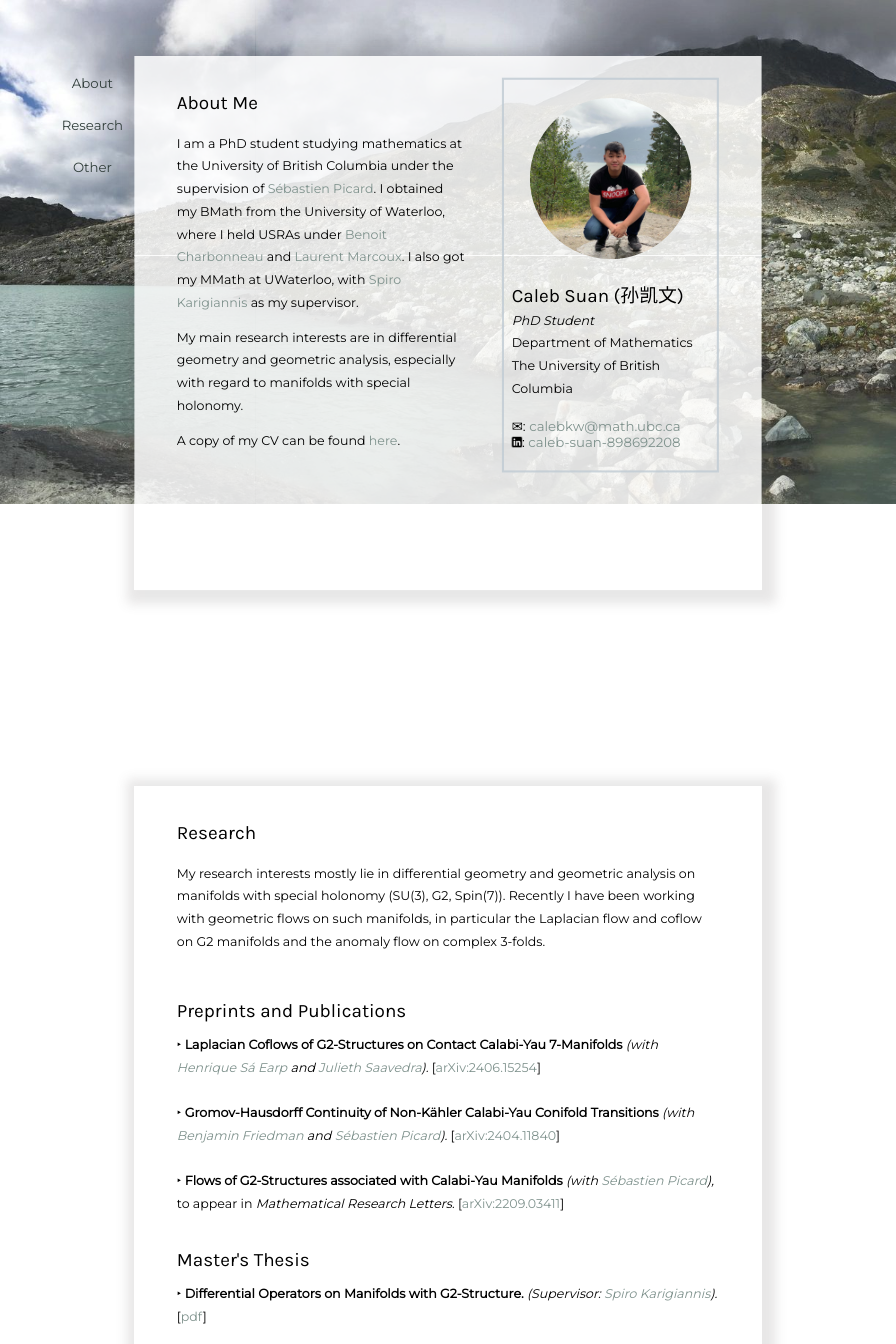
Repository: calebsuan/calebsuan.github.io
Page: index.html
These files come from the project's save history. The page is drawn as it stood at one moment and after the next save; the edit follows.
The browser window is 1280 px wide. The pictures show the part of the page from y = 0 to 1920 px (the page is 4128 px tall), at 70% of full size.

Above is the page before, as saved 2024-06-30 02:19:46.

### index.html
<!DOCTYPE html>
<html lang="en">
<head>
    <meta charset="UTF-8">
    <meta http-equiv="X-UA-Compatible" content="IE=edge">
    <meta name="viewport" content="width=device-width, initial-scale=1.0">
    <link rel="stylesheet" href="index.css">
    <title>Caleb Suan</title>
    <link rel="icon" type="image/x-icon" href="Duck.png">
</head>


<body>

    <div class="rect">

    </div>

    <div class="background">

        <img src="BI2.jpg" alt="Background" width="auto" height="100%">

    </div>


    <menu>

        <a class="Head3" id="aboutmenu" href="#about">

            About

        </a>

        <a class="Head3" id="researchmenu" href="#research">

            Research

        </a>

        <a class="Head3" id="othermenu" href="#other">

            Other

        </a>

    </menu>


    <div class="midContainer">

        <about class="center" id="about">

            <div class="gap">

            </div>

            <div class ="inner">

                <div class="rightbox sidePanel">

                    <div class="picborder">

                        <img src="PP.jpg" alt="Snoop Snop" width="100%" height="auto">

                    </div>

                    </br>

                    <div class="wordbox Head3">

                        <div class="Head1">

                            Caleb Suan (孙凯文)

                        </div>

                        <div class="Head2">

                            <i>PhD Student</i>

                            </br>

                        </div>

                        <div class="Head4">

                            Department of Mathematics

                            </br>

                            The University of British Columbia

                            </br>

                        </div>

                        </br>

                        &#x2709;:
                        <a href="mailto:calebkw@math.ubc.ca">calebkw@math.ubc.ca</a>

                        <br>

                        <img src="LI.png" alt="LinkedIn Logo" width="14.75vw" height="100%">:
                        <a href="https://www.linkedin.com/in/caleb-suan-898692208/" target="_blank">caleb-suan-898692208</a>

                    </div>

                </div>


                <div class="leftbox Head4">

                    <div class="Head1">

                        About Me

                    </div>

                    <p>

                        I am a PhD student studying mathematics at the University of British Columbia under the supervision of
                        <a href="https://personal.math.ubc.ca/~spicard/" target="_blank">S&eacute;bastien Picard</a>.
                        I obtained my BMath from the University of Waterloo, where I held USRAs under
                        <a href="http://www.math.uwaterloo.ca/~bcharbon/" target="_blank">Benoit Charbonneau</a> and
                        <a href="http://www.math.uwaterloo.ca/~lwmarcou/" target="_blank">Laurent Marcoux</a>.
                        I also got my MMath at UWaterloo, with
                        <a href="https://www.math.uwaterloo.ca/~karigian/index.html" target="_blank">Spiro Karigiannis</a> as my supervisor.

                    </p>

                    <p>

                        My main research interests are in differential geometry and geometric analysis, especially with regard to manifolds with special holonomy.

                    </p>

                    <p>

                        A copy of my CV can be found
                        <a href="Caleb_Suan_CV_Jun_2024.pdf" target="_blank">here</a>.

                    </p>


                </div>

            </div>

        </about>


        <research class="center" id="research">

            <div class="gap">

            </div>

            <div class="inner">

                <div class ="wordbox Head4">

                    <div class="Head1">

                        Research

                    </div>

                    <p>

                        My research interests mostly lie in differential geometry and geometric analysis on manifolds with special holonomy (SU(3), G2, Spin(7)).
                        Recently I have been working with geometric flows on such manifolds, in particular the Laplacian flow and coflow on G2 manifolds and the anomaly flow on complex 3-folds.

                    </p>

                    </br>

                    <div class="pubs">

                        <div class="Head1">

                            Preprints and Publications

                        </div>

                        <div class="item">

                            &#8227; <b>Laplacian Coflows of G2-Structures on Contact Calabi-Yau 7-Manifolds</b> <i>(with
                            <a href="https://www.ime.unicamp.br/~hqsaearp/" target="_blank">Henrique S&aacute; Earp</a> and
                            <a href="https://sites.google.com/view/website-julieth-saavedra" target="_blank">Julieth Saavedra</a>).</i>
                            [<a href="https://arxiv.org/abs/2406.15254" target="_blank">arXiv:2406.15254</a>]

                        </div>

                        </br>

                        <div class="item">

                            &#8227; <b>Gromov-Hausdorff Continuity of Non-K&auml;hler Calabi-Yau Conifold Transitions</b> <i>(with
                            <a href="https://personal.math.ubc.ca/~benji/" target="_blank">Benjamin Friedman</a> and
                            <a href="https://personal.math.ubc.ca/~spicard/" target="_blank">S&eacute;bastien Picard</a>).</i>
                            [<a href="https://arxiv.org/abs/2404.11840" target="_blank">arXiv:2404.11840</a>]

                        </div>

                        </br>

                        <div class="item">

                            &#8227; <b>Flows of G2-Structures associated with Calabi-Yau Manifolds</b> <i>(with
                            <a href="https://personal.math.ubc.ca/~spicard/" target="_blank">S&eacute;bastien Picard</a>),</i> to appear in <i>Mathematical Research Letters</i>.
                            [<a href="https://arxiv.org/abs/2209.03411" target="_blank">arXiv:2209.03411</a>]

                        </div>

                    </div>

                    </br>

                    <div class="pubs">

                        <div class="Head1">

                            Master's Thesis

                        </div>

                        <div class="item">

                            &#8227; <b>Differential Operators on Manifolds with G2-Structure.</b> <i>(Supervisor:
                            <a href="https://www.math.uwaterloo.ca/~karigian/index.html" target="_blank">Spiro Karigiannis</a>).</i>
                            [<a href="Differential Operators on Manifolds with G2-Structure.pdf" target="_blank">pdf</a>]

                        </div>

                    </div>

                    </br>


                    <div class="pubs">

                        <div class="Head1">

                            Notes

                        </div>

                        <div class="item">

                            &#8227; <b>Rarita-Schwinger Fields on Nearly Parallel G2 Manifolds.</b>
                            [<a href="Rarita_Schwinger Fields on Nearly Parallel G2 Manifolds.pdf" target="_blank">pdf</a>]

                        </div>

                    </div>

                    </br>

                    <div class="pubs">

                        <div class="Head1">

                            USRA Projects

                        </div>

                        <div class="item">

                            &#8227; <b>The Almost Invariant Subspace Problem.</b> <i>(Supervisor:
                            <a href="http://www.math.uwaterloo.ca/~lwmarcou/" target="_blank">Laurent Marcoux</a>).</i>
                            [<a href="The Almost Invariant Subspace Problem.pdf" target="_blank">pdf</a>]

                        </div>

                        </br>

                        <div class="item">

                            &#8227; <b>Vortex Solutions on Riemann Surfaces from Hyperbolic Tessellations.</b> <i>(Supervisor:
                            <a href="http://www.math.uwaterloo.ca/~bcharbon/" target="_blank">Benoit Charbonneau</a>).</i>
                            [<a href="Vortex Solutions on Riemann Surfaces from Hyperbolic Tessellations.pdf" target="_blank">pdf</a>]

                        </div>

                    </div>

                    </br>

                    <div class="pubs">

                        <div class="Head1">

                            Talks

                        </div>

                        <div class="item">

                            &#8227; <b>Gromov-Hausdorff Continuity of Non-K&auml;hler Calabi-Yau 3-Folds.</b>
                            <a href="https://www.crmath.ca/en/activities/#/type/activity/id/3894" target="_blank">CRM Workshop: Special Riemannian Geometries in Dimensions 6, 7, 8.</a>
                            [<a href="CRM_Talk.pdf" target="_blank">Slides</a>]

                        </div>

                        </br>

                        <div class="item">

                            &#8227; <b>Flows of G2 Structures associated to Calabi-Yau Manifolds.</b>
                            <a href="https://generalizedricciflow.wordpress.com/" target="_blank">UC-Irvine Generalized Ricci Flow Learning Seminar</a>
                            [<a href="https://www.youtube.com/watch?v=NHWo60-CuSs" target="_blank">Video</a>,
                            <a href="UC_I_GRF_Learning_Seminar_Talk.pdf" target="_blank">Slides</a>]

                        </div>

                        </br>

                        <div class="item">

                            &#8227; <b>Flows of G2 Structures associated to Calabi-Yau Manifolds.</b>
                            <a href="https://www.birs.ca/events/2023/5-day-workshops/23w5006" target="_blank">BIRS Workshop: Spinorial and Octonionic Aspects of G2 and Spin(7) Geometry.</a>
                            [<a href="https://www.birs.ca/events/2023/5-day-workshops/23w5006/videos/watch/202305311100-Suan.html" target="_blank">Video</a>,
                            <a href="BIRS_Talk.pdf" target="_blank">Slides</a>]

                        </div>

                    </div>

                </div>

            </div>

        </research>


        <other class="center" id="other">

            <div class="gap">

            </div>

            <div class="inner">

                <div class ="wordbox Head4">

                    <div class="Head1">

                        Other

                    </div>

                    <p>

                        I do other things, like bouldering and playing way too many board games.

                    </p>

                    <div class="pubs">

                        <div class="Head1">

                            Some Board Games I Like

                        </div>

                        <div class="item">

                            <p>

                                &#8227; Arkham Horror: The Card Game

                            </p>

                            <p>

                                &#8227; Brass: Birmingham

                            </p>

                            <p>

                                &#8227; Tzolk'in: The Mayan Calendar

                            </p>

                            <p>

                                &#8227; Great Western Trail (Second Edition)

                            </p>

                            <p>

                                &#8227; Tekhenu: Obelisk of the Sun

                            </p>

                            <p>

                                &#8227; Teotihuacan: City of Gods

                            </p>

                            <p>

                                &#8227; Letter Jam

                            </p>

                            <p>

                                &#8227; Spirit Island (with Branch and Claw and Jagged Earth Expansions)

                            </p>

                            <p>

                                &#8227; Neta-Tanka

                            </p>

                            <p>

                                &#8227; Sidereal Confluence: Trading and Negotiation in the Elysian Quadrant

                            </p>

                        </div>

                    </div>

                    <div class="pubs">

                        <div class="Head1">

                            Links

                        </div>

                        <div class="item">

                            BoardGameGeek: <a href="https://boardgamegeek.com/user/caleskws" target="_blank">caleskws</a>

                        </div>

                    </div>

                </div>

            </div>

        </other>

        <div class="footr Head5">

            &#129414; &#x1F9A5; &#x1F9A6; &#x1F994;

            <br>

            Website designed by Caleb Suan and Amy Tan

            <br>

            Last Updated on June 26, 2024 by Caleb Suan

        </div>

    </div>

</body>

</html>

### index.css
@import url('https://fonts.googleapis.com/css2?family=Karla:ital,wght@0,400;0,500;1,400&display=swap');
@import url('https://fonts.googleapis.com/css2?family=Montserrat&display=swap');

*{
    overflow-x: hidden;
}

html {
    scroll-behavior: smooth;
  }


body{
    margin: 0px;
    font-family: 'Montserrat', sans-serif;
}

.rect{
    width: 100%;
    overflow-x: hidden;
    top: 0px;
    height: 60px;
    position: fixed;
    background-color:#000000d3;
    z-index: 5;
    opacity: 0%;
}


.background{
    height:100%;
    width:auto;
    position:fixed;
    opacity: 90%;
}

.left {

    right: none;
    left: 0px;

}

.right {

    right: 0px;
    left: none;

}

.rightbox{
    width: 36.5%;
    height: auto;
    right: 3.5%;
    position: relative;
    float: right;
}
.leftbox{
    width: 49.5%;
    height: auto;
    left: 3.5%;
    position: relative;
    float: left;
}

.Container {

    margin: 0px;
    padding-top: 70px;
    height: 100%;

    width: 18vw;
    position: fixed;
    color:aliceblue;

    z-index: 7;

}

.midContainer {

    display: block;
    height: auto;
    width: 70%;

    margin-left: auto;
    margin-right: auto;
    position: relative;

    overflow-x: visible;

}

/* font size big (1) to small (4)*/
.Head1{

    font-size: 27px;
    font-family: 'Karla', sans-serif;
    margin-top: 8px;
    margin-bottom: 8px;
}

.Head2{

    font-size:18px;
    margin-top: 5px;
    margin-bottom: 5px;

}

.Head3{

    font-size: 19px;
    margin-top: 3px;
    margin-bottom: 3px;

}

.Head4{

    font-size: min(max(2vw,12px),18px);
    margin-top: 3px;
    margin-bottom: 3px;
    font-family: 'Montserrat', sans-serif;
    line-height: 1.8;

}

.Head5{

    font-size: min(max(2vw,9.5px),18px);
    margin-top: 3px;
    margin-bottom: 3px;
    font-family: 'Montserrat', sans-serif;
    line-height: 1.8;

}

/* components */

menu{
    position: fixed;
    z-index: 7;
}

menu a{
    display: block;
    width: 100px;
    height: 30px;
    padding: 10px;
    color: #323f3c;
    text-align: center;
    position: absolute;
}

menu a:link{
    text-decoration: none;
}
menu a:visited{
    text-decoration: none;
}
menu a:hover{
    text-decoration: none;
}
menu a:active{
    text-decoration: none;
}

menu a:hover{
    color: #85745a;
    opacity: 100%;
}

#aboutmenu{
    top: 95px;
    right: 85vw;
    position: fixed;
}

#researchmenu{
    top: 155px;
    right: 85vw;
    position: fixed;
}

#othermenu{
    top: 215px;
    right: 85vw;
    position: fixed;
}


.center{
    margin-left: auto;
    margin-right: auto;
    width: 100%;
    height: auto;
    min-height: 700px;
    position: relative;
}

.inner{
    display: block;
    margin-left: auto;
    margin-right: auto;
    height: auto;
    min-height: 700px;
    position: relative;
    padding: 3.5% 3.5% 3.5% 3.5%;
    background-color: rgba(255, 255, 255, 0.856);
    margin-bottom: 200px;
    box-shadow: 5px 5px 15px 15px rgba(94, 89, 89, 0.144);
}

.inner a:link{
    color: #7f928d;
    text-decoration: none;
}
.inner a:visited{
    color: #85745a;
    text-decoration: none;
}
.inner a:hover{
    color: #17240efa;
    text-decoration: none;
}
.inner a:active{
    text-decoration: none;
}

.picborder{
    display: block;
    min-width: 200px;
    min-height: 200px;
    max-width: 320px;
    max-height: 320px;
    width: 18vw;
    height: 18vw;
    overflow: hidden;
    margin-left: auto;
    margin-right: auto;
    border-radius: 50%;
    z-index: 4;
}

.wordbox{
    position: relative;
    width: 93%;
    padding-left: 3.5%;
    padding-right: 3.5%;
    height: auto;
}

.sidePanel{
    border-style: solid;
    border-color:#c2ccd5d7;
    border-width: 3px;
    padding-top: 2vw;
    padding-bottom: 2vw;
}

.gap {
    min-height: 80px;
    width: 100%;
    position: relative;
    opacity:0%;
    z-index: 0;
}


.footr{
    width: 100%;
    overflow-x: hidden;
    height: auto;
    margin-bottom: 30px;
    position: relative;
    background-color:#a7b8bf00;
    z-index: 5;
    color: #e7dfd4;
    text-align: center;
}


/* ------------------------------------------------


RESPONSIVE LAYOUT



--------------------------------------------------*/

@media only screen and (max-width: 1000px) {


    .rect{
        opacity: 100%;
        z-index: 5;
    }

    .rightbox{
        display: block;
        float: none;
        width: 93%;
        left: 0px;
        right: 0px;
        margin-left: auto;
        margin-right: auto;
    }
    .leftbox{
        float: left;
        width: 93%;
    }

    .Container {
        margin: 0px;
        padding-top: 70px;
        height: 100%;
        background-color: #17240e00;
        width: 8vw;
        position: fixed;
        color:aliceblue;
        z-index: 5;
        overflow: visible;
    }

    .midContainer {

        width: 80%;


    }

    /* components */

    menu a{
        display: block;
        width: 70px;
        color: white;
        text-align: center;
        position: absolute;
        font-size: min(0.5vw, 20px);
        z-index: 7;
    }

    menu a:link{
        text-decoration: none;
    }
    menu a:visited{
        text-decoration: none;
    }
    menu a:hover{
        text-decoration: none;
    }
    menu a:active{
        text-decoration: none;
    }

    menu a:hover{
        color: #85745a;
        opacity: 100%;
    }

    #aboutmenu{
        top: 10px;
        left: 14vw;
        position: fixed;
    }

    #researchmenu{
        top: 10px;
        left: 24vw;
        position: fixed;
    }

    #othermenu{
        top: 10px;
        left: 34vw;
        position: fixed;
    }


    .inner{
        padding: 3.5% 3.5% 3.5% 3.5%;
    }

    .picborder{
        display: block;
        min-width: 200px;
        min-height: 200px;
        max-width: 320px;
        max-height: 320px;
        width: 26vw;
        height: 26vw;
        overflow: hidden;
        border-radius: 50%;
        position:absolute;
        right: 3.5%;
    }

    .wordbox{
        display: block;
        position: relative;
        height: auto;
    }

    .sidePanel{
        border-style: solid;
        border-color:#c2ccd5d7;
        border-width: 3px;
        padding-top: 2vw;
        padding-bottom: 2vw;
        max-height: 320px;
        min-height: 220px;
        height: 26vw;
    }

    .gap {
        min-height: 120px;
    }


}



/*-----------------------------------------------------

Mobile Responsive

-----------------------------------------------------*/

@media only screen and (max-width: 760px) {


    .rect{
        opacity: 0%;
    }

    .Container {
        background-color: #17240efa;
        width: 0vw;
    }

    .midContainer {

        width: 80%;


    }

    .picborder{
        left: 0px;
        right: 0px;
        position: relative;
        height: 40vw;
        width: 40vw;
        margin-top: 2vw;
        margin-left: auto;
        margin-right: auto;
        max-height: 200px;
        max-width: 200px;
    }

    .wordbox{
        position: relative;
    }


    .sidePanel{
        border-style: solid;
        border-color:#c2ccd5d7;
        border-width: 3px;
        padding-top: 2vw;
        padding-bottom: 2vw;
        max-height: 500px;
        min-height: 420px;
        height: 60vw;
        max-width: 80vw;
    }


    menu a{
        display: block;
        width: 8vw;
        padding: 10px;
        margin: 3px;
        color:#17240efa;
        text-align: right;
        position: absolute;
        margin-right: 1px;
        margin-left: auto;
        background-color: rgba(255, 255, 255, 0);
        padding-top: 30px;
        padding-bottom: 30px;
        left: -15px;
        font-size: min(0.5vw, 20px);
        opacity: 0%;
    }

    menu a:link{
        text-decoration: none;
    }
    menu a:visited{
        text-decoration: none;
    }
    menu a:hover{
        text-decoration: none;
    }
    menu a:active{
        text-decoration: none;
    }

    menu a:hover{
        color: #85745a;
        opacity: 0%;
    }

    .gap{
        min-height: 30px;
        height: 30px;
        width: 100%;
    }

    .inner{
        margin-bottom: 40px;
    }


}

After the next save:
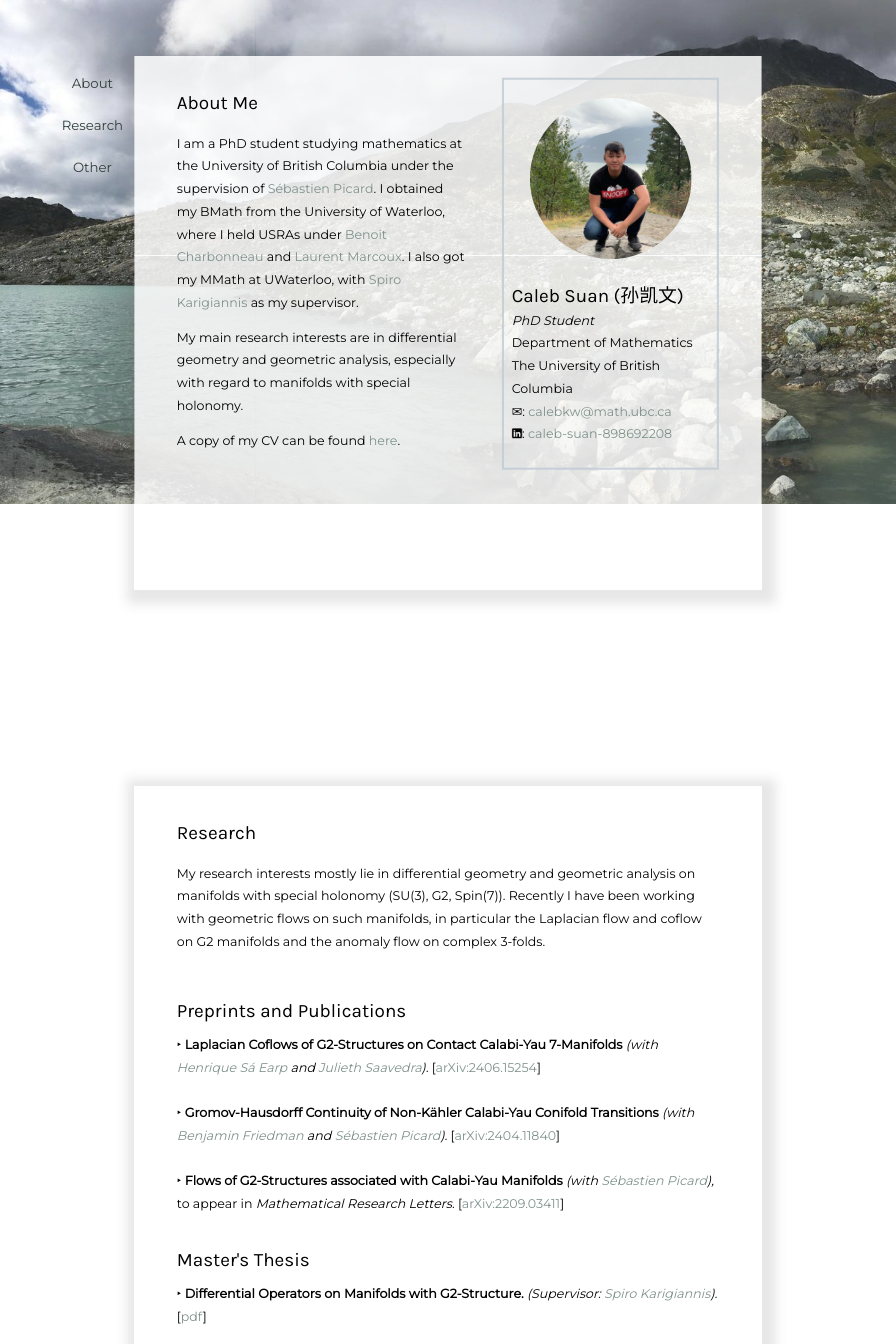
Saved 44 s later.
--- a/index.html
+++ b/index.html
@@ -92,9 +92,7 @@
 
                             </br>
 
-                        </div>
-
-                        </br>
+
 
                         &#x2709;:
                         <a href="mailto:calebkw@math.ubc.ca">calebkw@math.ubc.ca</a>
@@ -103,6 +101,8 @@
 
                         <img src="LI.png" alt="LinkedIn Logo" width="14.75vw" height="100%">:
                         <a href="https://www.linkedin.com/in/caleb-suan-898692208/" target="_blank">caleb-suan-898692208</a>
+
+                        </div>
 
                     </div>
 
